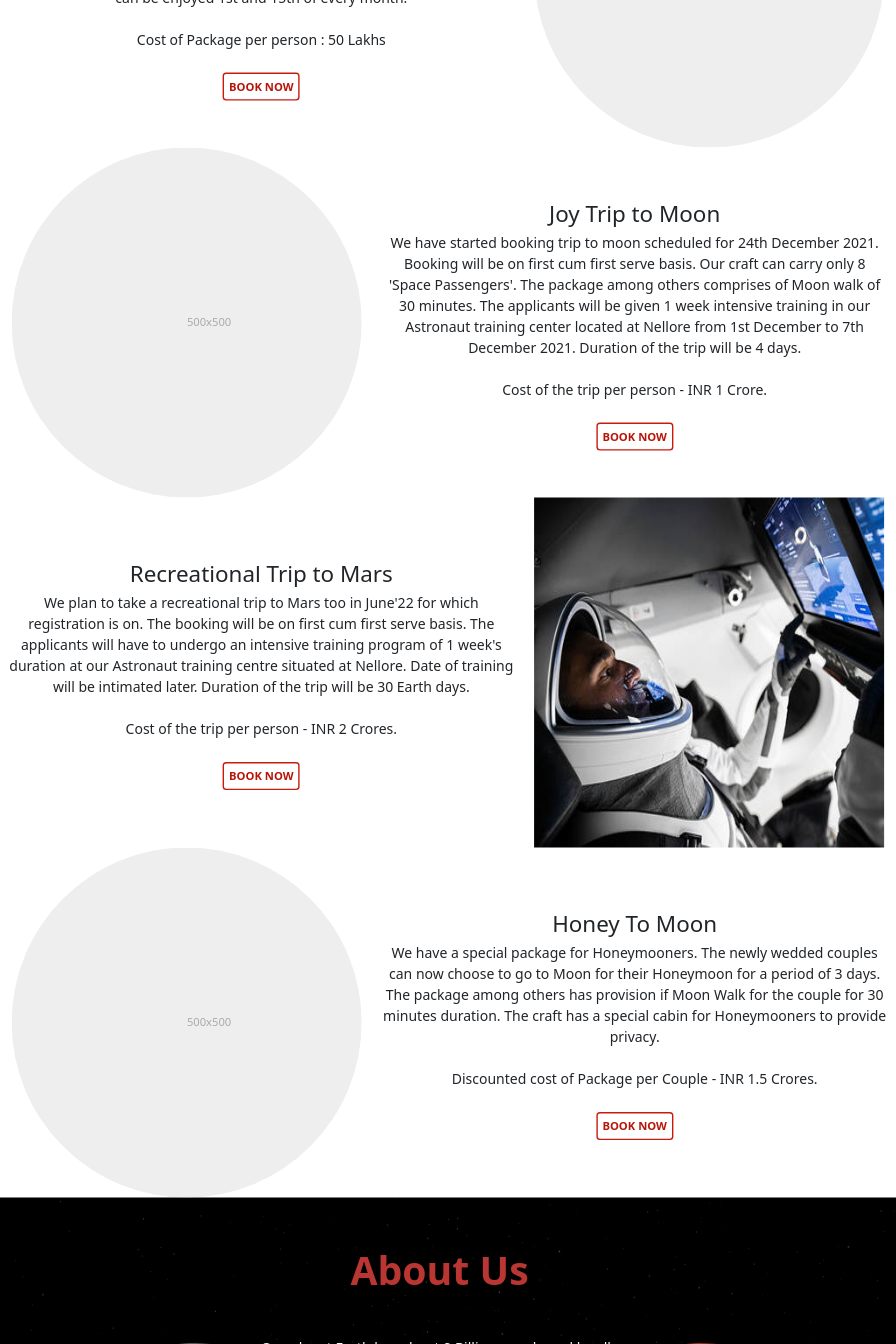
Repository: sarthakkathpalia/elliptical
Page: html/home.html
An editor plug-in stored every save of this project. The page is shown before and after the next save, followed by the edit.
The browser window is 1280 px wide. The pictures show the part of the page from y = 1034 to 2954 px (the page is 4287 px tall), at 70% of full size.
Some web libraries are served in a nearby version.

Above is the page before, as saved 2021-10-31 16:15:50.
Console error: ReferenceError: emailjs is not defined

### html/home.html
<!doctype html>
<html lang="en">
  <head>
    <!-- Required meta tags -->
    <meta charset="utf-8">
    <meta name="viewport" content="width=device-width, initial-scale=1">

    <!-- Bootstrap CSS -->
    <link href="https://cdn.jsdelivr.net/npm/bootstrap@5.1.3/dist/css/bootstrap.min.css" rel="stylesheet" integrity="sha384-1BmE4kWBq78iYhFldvKuhfTAU6auU8tT94WrHftjDbrCEXSU1oBoqyl2QvZ6jIW3" crossorigin="anonymous">
    <link rel="stylesheet" href="/Css/home.css">
    <script type="text/javascript" src="https://cdn.jsdelivr.net/npm/emailjs-com@3/dist/email.min.js"></script>
    <link rel="stylesheet" href="https://cdn.jsdelivr.net/npm/bootstrap-icons@1.6.1/font/bootstrap-icons.css">

    <script type="text/javascript">
    (function() {
    emailjs.init("user_RQy2NQAr1UeMOoaw4Cpgi");
    })();
    </script>
    <title>XYZ</title>
  </head>
  <body>

    <nav class="navbar navbar-expand-lg ">

      <a class="logo" href="#">
        <img src="./Ellip1.png" alt="Elliptical" width="200px" height="50px">
      </a>

        <div class="container">
        <!-- <button class="navbar-toggler" type="button" data-bs-toggle="collapse" data-bs-target="#navbarNavDropdown" aria-controls="navbarNavDropdown" aria-expanded="false" aria-label="Toggle navigation">
          <span class="navbar-toggler-icon"></span>
        </button> -->

        <div class="collapse navbar-collapse" id="navbarNavDropdown">
          <ul class="navbar-nav ">
            <li class="nav-item">
              <a class="nav-link" href="login.html">FLY TO SPACE</a>
            </li>
            <li class="nav-item">
              <a class="nav-link" href="#section2">About Us</a>
            </li>
            <li class="nav-item">
            <li class="nav-item">
                <a class="nav-link" href="test.html">Training</a>
            </li>
              <a class="nav-link" href="#">Lunar Land</a>
            </li>
            <li class="nav-item">
              <a class="nav-link" href="#contact">Get In Touch</a>
            </li>
            <li class="nav-item login">
              <a class="nav-link" href="login.html">Login</a>
            </li>
          </ul>
            <!-- <li class="nav-item dropdown">
              <a class="nav-link dropdown-toggle" href="#" id="navbarDropdownMenuLink" role="button" data-bs-toggle="dropdown" aria-expanded="false">
                Dropdown link
              </a>
              <ul class="dropdown-menu" aria-labelledby="navbarDropdownMenuLink">
                <li><a class="dropdown-item" href="#">Action</a></li>
                <li><a class="dropdown-item" href="#">Another action</a></li>
                <li><a class="dropdown-item" href="#">Something else here</a></li>
              </ul>
            </li> -->



            <!-- <div class="right ms-auto">
            <a class="nav-link" href="#"></a>
          </div>
          <input type="checkbox" id="check"> -->
    <!-- <label for="check">
      <i class="bi bi-bag" id="btn"></i>
      <i class="bi bi-x-square" id="cancel"></i>
    </label> -->
    <!-- <div class="sidebar">
      <header>Shop</header>
      <a href="#" class="active">
        <i class="bi bi-caret-right"></i>
        <span>Dashboard</span>
      </a>
      <a href="#">
        <i class="bi bi-caret-right"></i>
        <span>Shortcuts</span>
      </a>
      <a href="#">
        <i class="bi bi-caret-right"></i>
        <span>Overview</span>
      </a>
      <a href="#">
        <i class="bi bi-caret-right"></i>
        <span>Events</span>
      </a>
      <a href="#">
        <i class="bi bi-caret-right"></i>
        <span>About</span>
      </a>
      <a href="#">
        <i class="bi bi-caret-right"></i>
        <span>Services</span>
      </a>
      <a href="#">
        <i class="bi bi-caret-right"></i>
        <span>Contact</span>
      </a>
    </div> -->
        </div>
      </div>
    </nav>





    <div class="home vh-100 d-flex align-items-center " id="home">
      <div class="container ">
          <div class="row">
              <div class="col-lg-7 mx-auto text-center">
                  <!-- <h1 class="display-4 ">Elliptical</h1> -->
                  <!-- <p class=" my-3">Lorem ipsum dolor sit amet, consectetur adipisicing elit. Eaque quia
                      sequi eius. Quas, totam aliquid. Repudiandae reiciendis vel excepturi ipsa voluptate dicta!
                  </p> -->
              </div>
          </div>
      </div>
  </div>


      <a id="arrow" class = "arrow" href="#home "><i class="up"></i></a>
      <a id="arrow" class = "arrow" href="#section2 "><i class="down"></i></a>







<div class="container marketing">



  <div id="fly" class="con1 ">
  <div class="row featurette align-items-center">
    <div class="col-md-7">
      <h2 class="featurette-heading">Lower Earth Orbit </h2>
      <p class="lead">Our craft will take you to the LEO. The distance to LEO from the Earth's surface is about 900 km. The pull of gravity in LEO is slightly less than on the Earth's surface. An object in orbit is by definition in free fall since there is no force holding it up. As a result objects in LEO, including people, experience a sense of weightlessness.
        Duration of this Space Flight will be 6 hours. This can be enjoyed 1st and 15th of every month.
        <br><br>
        Cost of Package per person : 50 Lakhs</p>
<br>
      <div class="Booknow">
        <a  href="login.html">Book Now</a>
      </div>

    </div>
    <div class="col-md-5">
      <!-- <img src="cosmos.jpg" alt=""> -->
      <svg class="bd-placeholder-img bd-placeholder-img-lg featurette-image img-fluid mx-auto" width="500" height="500" xmlns="http://www.w3.org/2000/svg" role="img" aria-label="Placeholder: 500x500" preserveAspectRatio="xMidYMid slice" focusable="false"><title>Placeholder</title><rect width="100%" height="100%" fill="#eee"></rect><text x="50%" y="50%" fill="#aaa" dy=".3em">500x500</text></svg>

    </div>
  </div>
</div>


<div id="fly" class="con2">
  <div class="row featurette align-items-center">
    <div class="col-md-7 order-md-2">
      <h2 class="featurette-heading">Joy Trip to Moon </h2>
      <p class="lead">We have started booking trip to moon scheduled for 24th December 2021. Booking will be on first cum first serve basis. Our craft can carry only 8 'Space Passengers'. The package among others comprises of Moon walk of 30 minutes. The applicants will be given 1 week intensive training in our Astronaut training center located at Nellore from 1st December to 7th December 2021. Duration of the trip will be 4 days. <br><br>Cost of the trip per person - INR 1 Crore.</p>
      <br>
      <div class="Booknow">
        <a  href="login.html">Book Now</a>
      </div>
    </div>
    <div class="col-md-5 order-md-1">
      <svg class="bd-placeholder-img bd-placeholder-img-lg featurette-image img-fluid mx-auto" width="500" height="500" xmlns="http://www.w3.org/2000/svg" role="img" aria-label="Placeholder: 500x500" preserveAspectRatio="xMidYMid slice" focusable="false"><title>Placeholder</title><rect width="100%" height="100%" fill="#eee"></rect><text x="50%" y="50%" fill="#aaa" dy=".3em">500x500</text></svg>

    </div>
  </div>
</div>


<div id="fly" class="con3">
  <div class="row featurette align-items-center">
    <div class="col-md-7">
      <h2 class="featurette-heading">Recreational Trip to Mars</h2>
      <p class="lead">We plan to take a recreational trip to Mars too in June'22 for which registration is on. The booking will be on first cum first serve basis. The applicants will have to undergo an intensive training program of 1 week's duration at our Astronaut training centre situated at Nellore. Date of training will be intimated later. Duration of the trip will be 30 Earth days. <br><br>Cost of the trip per person - INR 2 Crores.</p>
      <br>
      <div class="Booknow">
        <a  href="login.html">Book Now</a>
      </div>
    </div>
    <div class="col-md-5">
      <img class = "img1"src="./img1.jpg" alt="" width="500px" height="500px">
      <!-- <svg class="bd-placeholder-img bd-placeholder-img-lg featurette-image img-fluid mx-auto" width="500" height="500" xmlns="http://www.w3.org/2000/svg" role="img" aria-label="Placeholder: 500x500" preserveAspectRatio="xMidYMid slice" focusable="false"><title>Placeholder</title><rect width="100%" height="100%" fill="#eee"></rect><text x="50%" y="50%" fill="#aaa" dy=".3em">500x500</text></svg> -->

    </div>
  </div>
</div>


<div id="fly" class="con4 ">
<div class="row featurette align-items-center">
  <div class="col-md-7 order-md-2">
    <h2 class="featurette-heading">Honey To Moon </h2>
    <p class="lead">We have a special package for Honeymooners. The newly wedded couples can now choose to go to Moon for their Honeymoon for a period of 3 days. The package among others has provision if Moon Walk for the couple for 30 minutes duration. The craft has a special cabin for Honeymooners to provide privacy. <br><br>Discounted cost of Package per Couple - INR 1.5 Crores.</p>
    <br>
    <div class="Booknow">
      <a  href="login.html">Book Now</a>
    </div>
  </div>
  <div class="col-md-5 order-md-1">
    <svg class="bd-placeholder-img bd-placeholder-img-lg featurette-image img-fluid mx-auto" width="500" height="500" xmlns="http://www.w3.org/2000/svg" role="img" aria-label="Placeholder: 500x500" preserveAspectRatio="xMidYMid slice" focusable="false"><title>Placeholder</title><rect width="100%" height="100%" fill="#eee"></rect><text x="50%" y="50%" fill="#aaa" dy=".3em">500x500</text></svg>

  </div>
</div>
</div>
</div>

  <!-- <div class="col-md-5">
    <svg class="bd-placeholder-img bd-placeholder-img-lg featurette-image img-fluid mx-auto" width="500" height="500" xmlns="http://www.w3.org/2000/svg" role="img" aria-label="Placeholder: 500x500" preserveAspectRatio="xMidYMid slice" focusable="false"><title>Placeholder</title><rect width="100%" height="100%" fill="#eee"></rect><text x="50%" y="50%" fill="#aaa" dy=".3em">500x500</text></svg>

  </div>
</div>
</div> -->

<!-- <section id="services">

  <div class="container">
      <div class="row  mb-5">
          <div class=" col-md-8 mx-auto text-center">

              <h1 data-aos="fade-up">Reviews</h1>
              <p>Lorem ipsum dolor sit amet consectetur nisi necessitatibus repellat distinctio eveniet eaque fuga
                  in cumque optio consectetur harum vitae debitis sapiente praesentium aperiam aut</p>
          </div>
      </div>
      <div class="row g-4">
          <div class="col-lg-4 col-sm-6">
              <div class="service card-effect bounceInUp">
                  <div class="iconbox">
                      <i class='bx bxs-check-shield'></i>
                  </div>
                  <h5 class="mt-4 mb-2">x</h5>
                  <p>Lorem ipsum dolor sit amet consectetur adipisicing elit. Nihil perspiciatis illo asperiores
                      perferendis </p>
              </div>
          </div>
          <div class="col-lg-4 col-sm-6">
              <div class="service card-effect">
                  <div class="iconbox">
                      <i class='bx bxs-comment-detail'></i>
                  </div>
                  <h5 class="mt-4 mb-2">y</h5>
                  <p>Lorem ipsum dolor sit amet consectetur adipisicing elit. Nihil perspiciatis illo asperiores
                      perferendis </p>
              </div>
          </div>
          <div class="col-lg-4 col-sm-6">
              <div class="service card-effect">
                  <div class="iconbox">
                      <i class='bx bxs-cog'></i>
                  </div>
                  <h5 class="mt-4 mb-2">z</h5>
                  <p>Lorem ipsum dolor sit amet consectetur adipisicing elit. Nihil perspiciatis illo asperiores
                      perferendis </p>
              </div>
          </div>
         </div>

  </div>
</section> -->
<main id=section2>
  <div class=" section2 container ">
    <div class="row ">
      <div class="col-lg-6 ">
          <h1 data-js="reveal" class="display-4 ">About Us</h1>
          <p  data-js="reveal" class=" my-3">
            Our planet Earth has about 8 Billion people and hardly 650 of them have been lucky enough who got the opportunity to travel in space under various missions. In 2020, Elliptical opened the doors for common citizens to explore space, not under any Government Mission but on a joy trip on a Space Craft owned by us named __(space craft name). It is a matter of pride that we will be the first Indian company to start space travel as a private enterprise. Our first trip to Moon is scheduled for 24th December 2021 from 'Sriharikota' and later in June'22 we plan to take a trip to Mars too. However we have not restricted our spectrum of activities to Space Travel only but we also undertake training of people for Space Travel and besides we are authorised company for sale of Lunar Land!!
          </p>
      </div>
    </div>
</div>
</main>
<div id= "contact" class="form">

  <h2>Get in Touch</h2>
  <label htmlFor="name">Name</label>
  <input type="text" id="name"/>
  <label htmlFor="City">City</label>
  <input type="text" id="city"/>
  <label htmlFor="email">E-Mail</label>
  <input type="email" id="email"/>
  <label>Contact Details</label>
  <textarea  rows="7" cols="100"  id="message" ></textarea>
  <button class="b1" onclick="sendEmail()">Submit</button>
</div>



<footer class="py-3 my-0">
  <!-- <ul class="nav justify-content-center border-bottom pb-3 mb-3">
    <li class="nav-item"><a href="#" class="nav-link px-2 text-muted">Home</a></li>
    <li class="nav-item"><a href="#" class="nav-link px-2 text-muted">Features</a></li>
    <li class="nav-item"><a href="#" class="nav-link px-2 text-muted">Pricing</a></li>
    <li class="nav-item"><a href="#" class="nav-link px-2 text-muted">FAQs</a></li>
    <li class="nav-item"><a href="#" class="nav-link px-2 text-muted">About</a></li>
  </ul> -->
  <p class="text-center text-muted">© 2021 Elliptical, Inc</p>
</footer>



    <!-- Optional JavaScript; choose one of the two! -->

    <!-- Option 1: Bootstrap Bundle with Popper -->
    <script src="https://cdn.jsdelivr.net/npm/bootstrap@5.1.3/dist/js/bootstrap.bundle.min.js" integrity="sha384-ka7Sk0Gln4gmtz2MlQnikT1wXgYsOg+OMhuP+IlRH9sENBO0LRn5q+8nbTov4+1p" crossorigin="anonymous"></script>

    <!-- Option 2: Separate Popper and Bootstrap JS -->
    <!--
    <script src="https://cdn.jsdelivr.net/npm/@popperjs/core@2.10.2/dist/umd/popper.min.js" integrity="sha384-7+zCNj/IqJ95wo16oMtfsKbZ9ccEh31eOz1HGyDuCQ6wgnyJNSYdrPa03rtR1zdB" crossorigin="anonymous"></script>
    <script src="https://cdn.jsdelivr.net/npm/bootstrap@5.1.3/dist/js/bootstrap.min.js" integrity="sha384-QJHtvGhmr9XOIpI6YVutG+2QOK9T+ZnN4kzFN1RtK3zEFEIsxhlmWl5/YESvpZ13" crossorigin="anonymous"></script>
    -->
    <script src="/main.js"></script>
  </body>
</html>

### Css/home.css

*{
    margin: 0;
    padding: 0;
    box-sizing: border-box;
}
/*  */
.logo{
    /* background-color: white; */
   /* margin: 0px; */
   margin-left: 80px;
   /* margin-top: -70px; */
}
.navbar-nav{
    font-weight: bold;
    text-transform: uppercase;
    margin-left: 150px;
    font-size: 15px;
    font-family: 'Gill Sans', 'Gill Sans MT', Calibri, 'Trebuchet MS', sans-serif;
}

.navbar{
    position: fixed;
    z-index: 10;
    margin-top: 17px;
    width: 100%;

}
.navbar-nav a{
    color: rgb(255, 254, 253);
    background-color: rgba(0, 0, 0, 0.459);

}

.navbar-nav a:hover{
    color: rgb(78, 168, 209);

}
.home{
    position: relative;
    background-image: url(/Images/astronaut.jpg);
    background-size: cover;
    background-position: center;
}
.home .row{
    margin-top: 350px;
}
.home h1{
    color: rgb(255, 255, 255);
    font-weight: bold;
}
.home p{
    color: antiquewhite;
}
.row a{
    border: 2px solid wheat;
    color: aliceblue;
}
.row a:hover{
    transition: 0.2s;
    transform: translateY(5%);
    font-size: 18px;
    border: 2px solid wheat;
    color: aliceblue;
}
.right{
    color: white;
    margin-top: 10px;
    margin-left: 20px;
    margin-right: 20px;
}

.right a{
   color: white;
   font-weight: bold;
   text-transform: uppercase;

   font-size: 15px;
   font-family: 'Gill Sans', 'Gill Sans MT', Calibri, 'Trebuchet MS', sans-serif;
}
.right a:hover{
    color: rgb(78, 168, 209);
    text-decoration: underline;
    transition: 0.5s;
   font-size: 18px;
   transform: translateY(-8%);

}
.nav-item a:focus{
    color:black;
}

section {

    height:700px;

  }
  .service{
    padding: 25px;
    box-shadow: 5px 8px 22px rgba(0, 0, 0, 0.199);
    transition: all 0.35s ease;
  }

  .service:hover{
    box-shadow: 5px 8px 22px rgba(38, 17, 66, 0.205);
    transform: translateY(5px);

  }


   #section2 .container {

    height:650px;

    background-image: url(/Images/moonphase.jpg);
    background-repeat: no-repeat;
    background-size: cover;
    background-position: center;
    max-width: 100%;
    text-align: center;

  }

  .section2 h1{
    text-align: center;
    font-weight: bold;
    color: #b93632;
    padding-bottom: 47px;

  }
  .section2 p{

    padding-bottom: 50px;
    font-size: 20px;
  }

  .section2 .row{
    display: flex;
     max-width: 100%;
    padding: 70px;
     justify-content: center;
     margin-bottom:150px ;
    color: aliceblue;
    font-size: 18px;
  }
  [data-reveal="text"]{
      opacity: 0;

  }
  [data-js="reveal"].loaded [data-reveal="text"]{
      opacity:1;
      animation:reveal-text 1.5s ease;

  }
  @keyframes reveal-text {
      0%{
         opacity: 0;

      }
      50%{

          opacity: 1;
      }

    }

    .marketing{


      background-size: cover;
      background-position: center;
      max-width: 100%;

    }


      footer {
        background-color: #000000e7;
        margin-bottom: 0%;
        /* background-image:url(/Images/cosmos.jpg) ; */
      }
      .form{

        height: 820px;
        font-family: 'Gill Sans', 'Gill Sans MT', Calibri, 'Trebuchet MS', sans-serif;
        font-weight: bolder;
        padding-top: 80px;
        padding-left: 200px;
        /* background-image:url("/Images/contact.jpg"); */

        display: flex;
        color: rgba(255, 255, 255, 0.904);
        flex-direction: column;
        background-image: url(/Images/rotating-earth.gif);
         background-repeat: no-repeat;
         background-size: cover;
         background-position: center;
    }

    input,textarea{
        /* background-color: slategrey; */
        background: transparent;
        border-color: rgba(255, 255, 255, 0.918);
        border-width: 3px;
        color: white;
    }
    textarea{
        width:350px;

        border-radius: 8px;

    }
    input{
        width:350px;
        height: 30px;
        border-radius: 8px;
    }

    label{
        font-size: 20px;
        margin-top: 30px;
        margin-bottom: 3px;
    }
    .b1{
        margin-top: 20px;
        color: rgba(255, 255, 255, 0.911);
        background-color:#000000 ;
        padding: 18px;
        font-size: 25px;
        width: 350px;
        border-radius: 8px;
    }
    .b1:hover{
        background-color: white;
        color: black;
    }
    svg{
        clip-path: circle();

    }
    i{
        border: solid white;
        border-width: 0 3px 3px 0;
        display: inline-block;
        padding: 8px;

    }

    .up{
        transform:rotate(-135deg);
    }
    .down{

        transform: rotate(45deg);
    }

.login{
    margin-left: 380px;
}



.featurette{
    text-align: center;
}
.Booknow a{
    color:rgb(182, 21, 9);
    text-decoration: none;
    padding: 7px;
    font-weight: bold;
    text-transform: uppercase;
    border-radius: 5px;
    border: 2px solid rgb(202, 26, 14);
}
.Booknow a:hover{
    background-color: rgb(202, 26, 14);
    padding: 8px;
    font-weight: normal;
    font-size: 17px;
    border:none
}

### main.js
"use strict";
const sendEmail = async () => {
  var templateParams = {
      name: document.getElementById("name").value,
      message:document.getElementById("message").value,
      city:document.getElementById("city").value,
      Email:document.getElementById("email").value
  };

  emailjs.send('service_v5j0w57', 'template_jckj8km',templateParams)
    .then(function(res)
        {
          console.log("success",res.status);
        })

  const res = await fetch("https://tea-baggins-default-rtdb.firebaseio.com/form.json",{
      method: "POST",
      headers: {
          "Content-Type" : "application/json",
      },
      body:JSON.stringify(templateParams),
     })

  console.log("submited");
  alert("Thank you for your response");
}

var COLOR_LIST = ['#31fe4d', '#ff00ff', 'orange', '#007fff', '#00ffff'];
var $targetList;

var init = function init() {
  $targetList = document.querySelectorAll('[data-js="reveal"]');
  setup();
  window.addEventListener('scroll', onScroll, false);
  window.dispatchEvent(new Event('scroll'));
};

var getArrayRandomValue = function getArrayRandomValue(array) {
  return array[Math.floor(Math.random() * array.length)];
};

var setup = function setup() {
  var _iteratorNormalCompletion = true;
  var _didIteratorError = false;
  var _iteratorError = undefined;

  try {
    for (var _iterator = $targetList[Symbol.iterator](), _step; !(_iteratorNormalCompletion = (_step = _iterator.next()).done); _iteratorNormalCompletion = true) {
      var $target = _step.value;
      var content = $target.innerHTML;
      var color = 'revealColor' in $target.dataset ? $target.dataset.revealColor : getArrayRandomValue(COLOR_LIST);
      $target.innerHTML = "<span data-reveal=\"content\"><div data-reveal=\"cover\" style=\"background-color:".concat(color, "\"></div><span data-reveal=\"text\">").concat(content, "</span></span>");
    }
  } catch (err) {
    _didIteratorError = true;
    _iteratorError = err;
  } finally {
    try {
      if (!_iteratorNormalCompletion && _iterator.return != null) {
        _iterator.return();
      }
    } finally {
      if (_didIteratorError) {
        throw _iteratorError;
      }
    }
  }
};

var onScroll = function onScroll() {
  var windowH = window.innerHeight;
  var scrollTop = document.documentElement.scrollTop || document.body.scrollTop;
  var isMostScroll = document.body.clientHeight <= scrollTop + windowH;
  var _iteratorNormalCompletion2 = true;
  var _didIteratorError2 = false;
  var _iteratorError2 = undefined;

  try {
    for (var _iterator2 = $targetList[Symbol.iterator](), _step2; !(_iteratorNormalCompletion2 = (_step2 = _iterator2.next()).done); _iteratorNormalCompletion2 = true) {
      var $target = _step2.value;
      if ($target.classList.contains('loaded')) continue;
      var rect = $target.getBoundingClientRect();
      var top = rect.top + scrollTop;
      if (isMostScroll || top <= scrollTop + windowH * .8) $target.classList.add('loaded');
    }
  } catch (err) {
    _didIteratorError2 = true;
    _iteratorError2 = err;
  } finally {
    try {
      if (!_iteratorNormalCompletion2 && _iterator2.return != null) {
        _iterator2.return();
      }
    } finally {
      if (_didIteratorError2) {
        throw _iteratorError2;
      }
    }
  }
};

document.addEventListener('DOMContentLoaded', init, false);

After the next save:
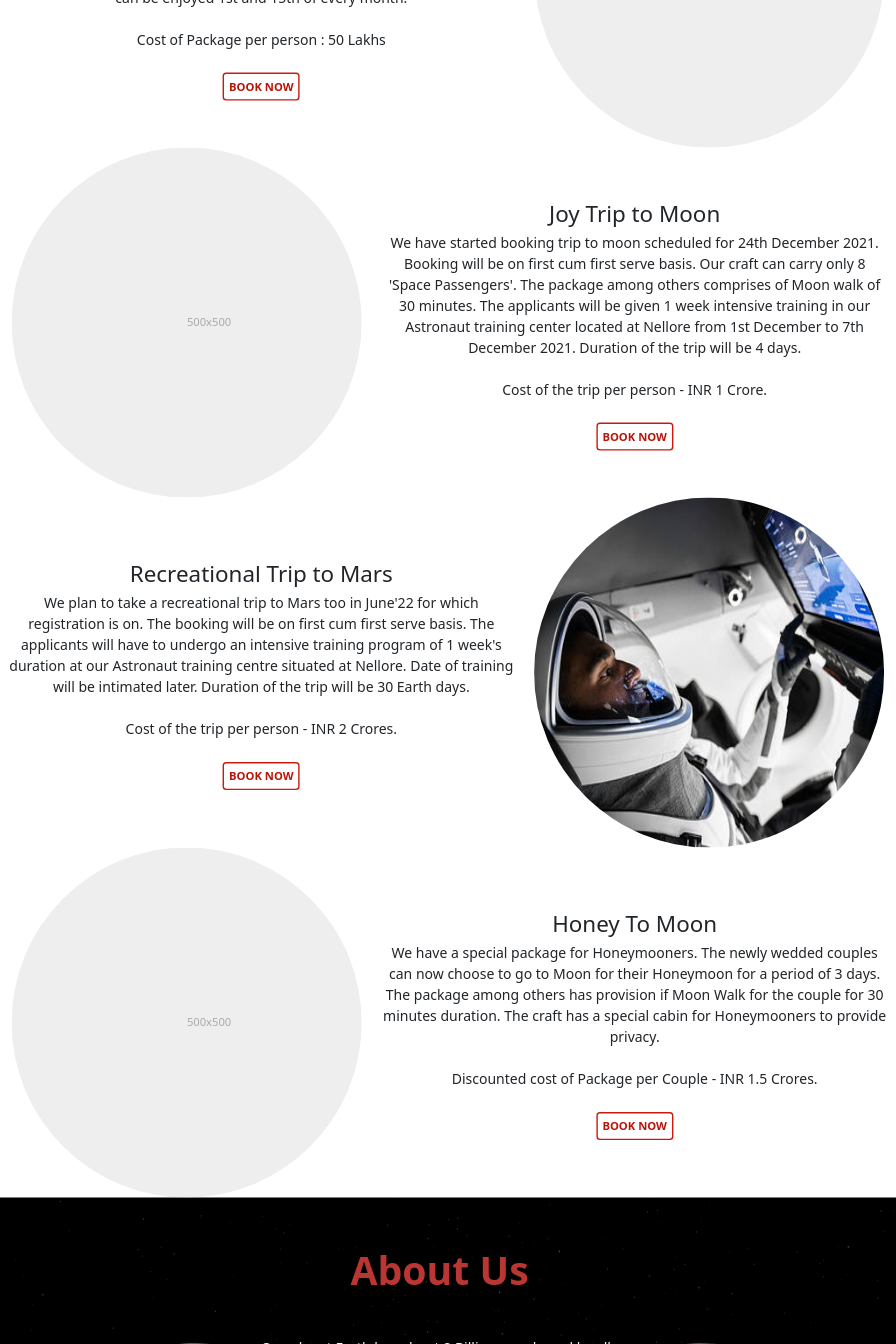
Saved 29 s later.
--- a/Css/home.css
+++ b/Css/home.css
@@ -3,6 +3,9 @@
     margin: 0;
     padding: 0;
     box-sizing: border-box;
+}
+.img1{
+    border-radius: 50%;
 }
 /*  */
 .logo{
